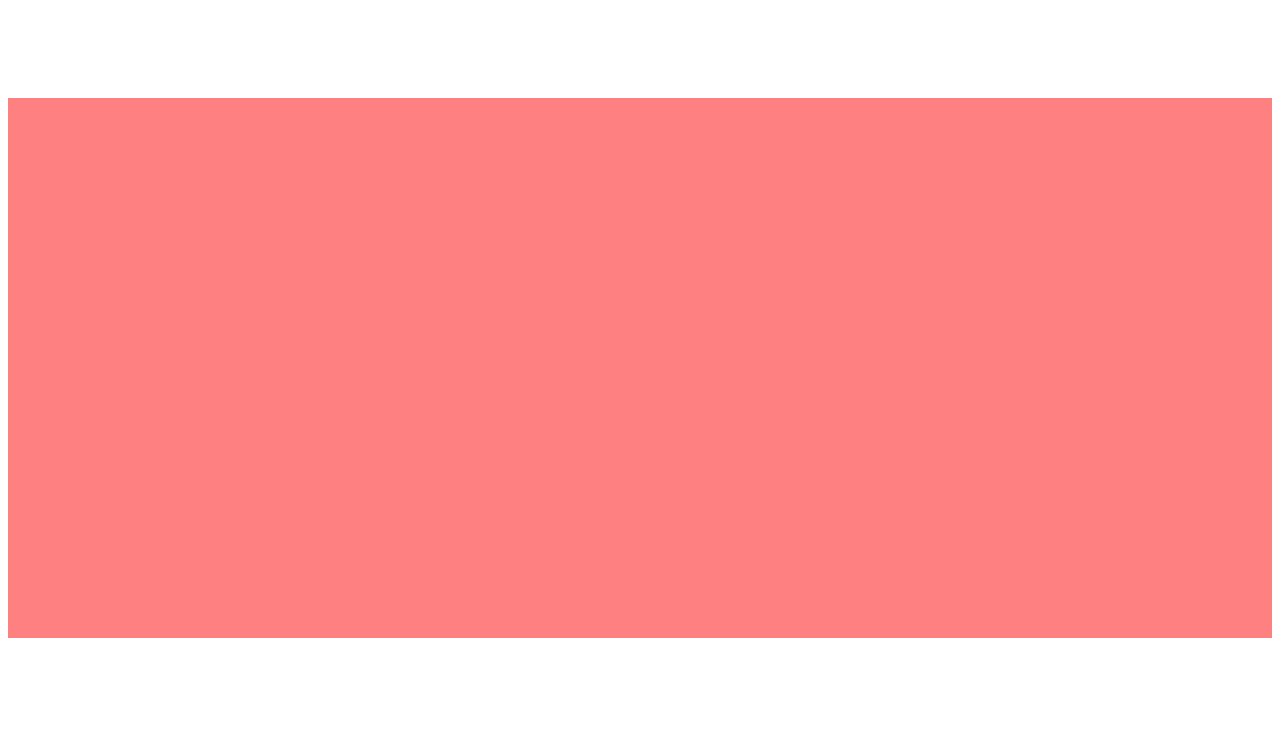
Repository: mayoujin/gol
Page: index.html
The author's editor kept a copy of each file at every save. The page is drawn from the files as they stood at one save, then again after the next save.
The browser window is 1280 px wide. The pictures show the whole page.

Above is the page before, as saved 2021-03-20 14:11:56.

### index.html
<!DOCTYPE html>
<html lang="en">
    <head>
        <meta charset="UTF-8">
        <title>Title</title>
        <link rel="stylesheet" type="text/css" href="index.css" />
        <script type="module" src="index.js" defer></script>
    </head>
    <body>
        <canvas id="canvas">
            Your browser does not support the HTML5 canvas tag.
        </canvas>
    </body>
</html>

### index.css
body {
  min-height: 100vh;
  display: flex;
  place-items: center;
  overflow: hidden;
}

#canvas {
  width: 100vw;
  height: 75vh;
}

### index.js
class Cell {
  // Set the size for each cell
  static width = 10;
  static height = 10;

  constructor(context, gridX, gridY) {
    this.context = context;

    // Store the position of this cell in the grid
    this.gridX = gridX;
    this.gridY = gridY;

    // Make random squares alive
    this.alive = Math.random() > 0.5;
  }

  draw() {
    // Draw a square, let the state determine the color
    this.context.fillStyle = this.alive ? "#ff8080" : "#303030";
    this.context.fillRect(
      this.gridX * Cell.width,
      this.gridY * Cell.height,
      Cell.width,
      Cell.height
    );
  }
}

class Game {
  /**
   *
   */
  cellManager = null;

  constructor(canvas, options = {}) {
    if (!canvas || canvas.tagName !== "CANVAS") {
      throw new Error("Canvas is not exists or not invalid node type");
    }
    const context = canvas.getContext("2d");
    const { rows = 40, columns = 75 } = options;
    const { width, height } = canvas;

    this.cellManager = new CellManager(context, {
      rows,
      columns,
      width,
      height,
    });
  }
  nextCycle() {
    this.cellManager.nextCycle();
  }
}

class CellManager {
  width = 0;
  height = 0;

  columns = 75;
  rows = 40;

  cells = [];
  context = null;

  constructor(context, options) {
    this.context = context;

    const { rows = 40, columns = 75, width, height } = options;
    Object.assign(this, { rows, columns, width, height });

    this.createGrid();
  }

  createGrid() {
    for (let y = 0; y < this.rows; y++) {
      for (let x = 0; x < this.columns; x++) {
        this.cells.push(new Cell(this.context, x, y));
      }
    }
  }

  isAlive(x, y) {
    if (x < 0 || x >= this.columns || y < 0 || y >= this.rows) {
      return false;
    }

    return this.cells[this.gridToIndex(x, y)].alive ? 1 : 0;
  }

  gridToIndex(x, y) {
    return x + y * this.columns;
  }

  resolveLifeStatus() {}

  checkSurrounding() {
    // Loop over all cells
    for (let x = 0; x < this.columns; x++) {
      for (let y = 0; y < this.rows; y++) {
        // Count the nearby population
        let numAlive =
          this.isAlive(x - 1, y - 1) +
          this.isAlive(x, y - 1) +
          this.isAlive(x + 1, y - 1) +
          this.isAlive(x - 1, y) +
          this.isAlive(x + 1, y) +
          this.isAlive(x - 1, y + 1) +
          this.isAlive(x, y + 1) +
          this.isAlive(x + 1, y + 1);
        let centerIndex = this.gridToIndex(x, y);

        this.cells[centerIndex].nextAlive = (numAlive) => {
          switch (numAlive) {
            case 2:
              // Do nothing
              return this.cells[centerIndex].alive;
            case 3:
              // Make alive
              return true;
            default:
              // Make dead
              return false;
          }
        };
      }
    }

    // Apply the new state to the cells
    for (let i = 0; i < this.cells.length; i++) {
      this.cells[i].alive = this.cells[i].nextAlive;
    }
  }

  nextCycle() {
    // Check the surrounding of each cell
    this.checkSurrounding();

    // Clear the screen
    this.context.clearRect(0, 0, this.width, this.height);

    // Draw all the gameobjects
    for (let i = 0; i < this.cells.length; i++) {
      this.cells[i].draw();
    }
  }
}

window.onload = () => {
  // The page has loaded, start the game
  const canvas = document.querySelector("#canvas");
  const options = { columns: 50, rows: 100 };
  const game = new Game(canvas, options);
  (function gameLoop() {
    window.requestAnimationFrame(() => {
      game.nextCycle();
      setTimeout(() => gameLoop(), 100);
    });
  })();
};

After the next save:
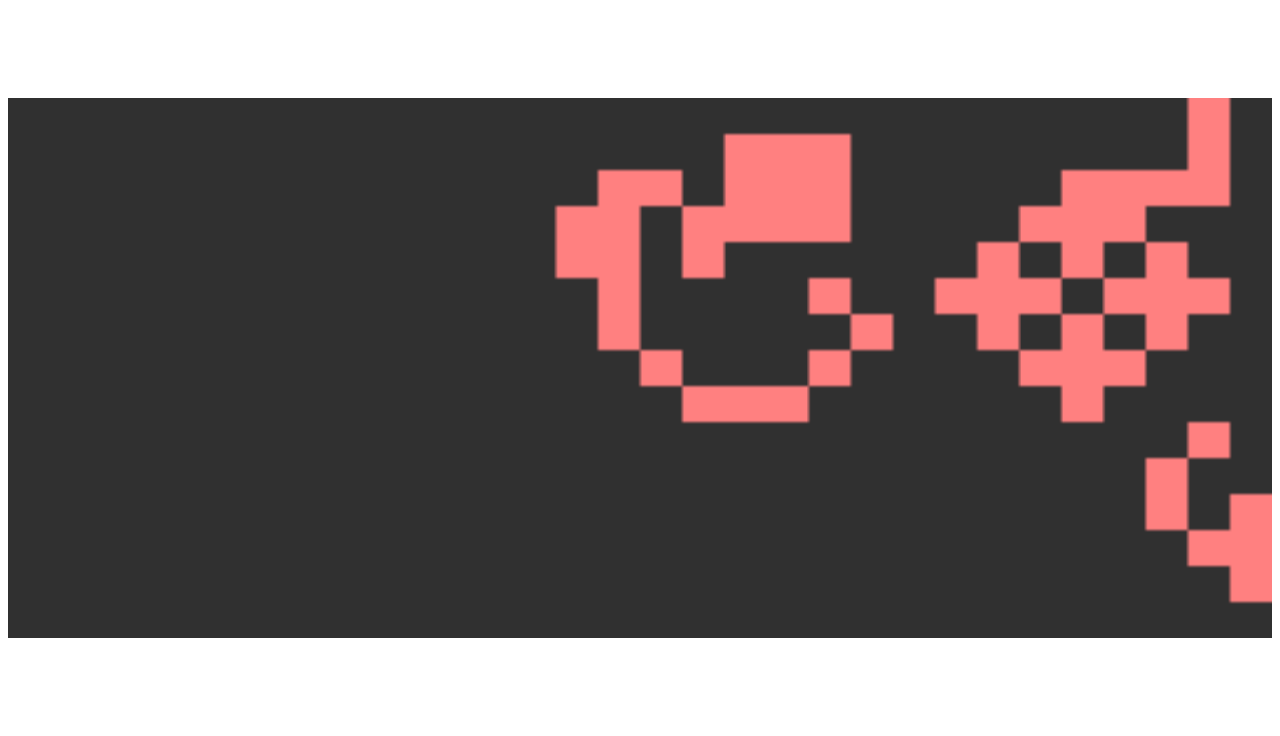
Saved 23 s later.
--- a/index.js
+++ b/index.js
@@ -109,7 +109,7 @@
           this.isAlive(x + 1, y + 1);
         let centerIndex = this.gridToIndex(x, y);
 
-        this.cells[centerIndex].nextAlive = (numAlive) => {
+        this.cells[centerIndex].nextAlive = (() => {
           switch (numAlive) {
             case 2:
               // Do nothing
@@ -121,7 +121,7 @@
               // Make dead
               return false;
           }
-        };
+        })();
       }
     }
 
